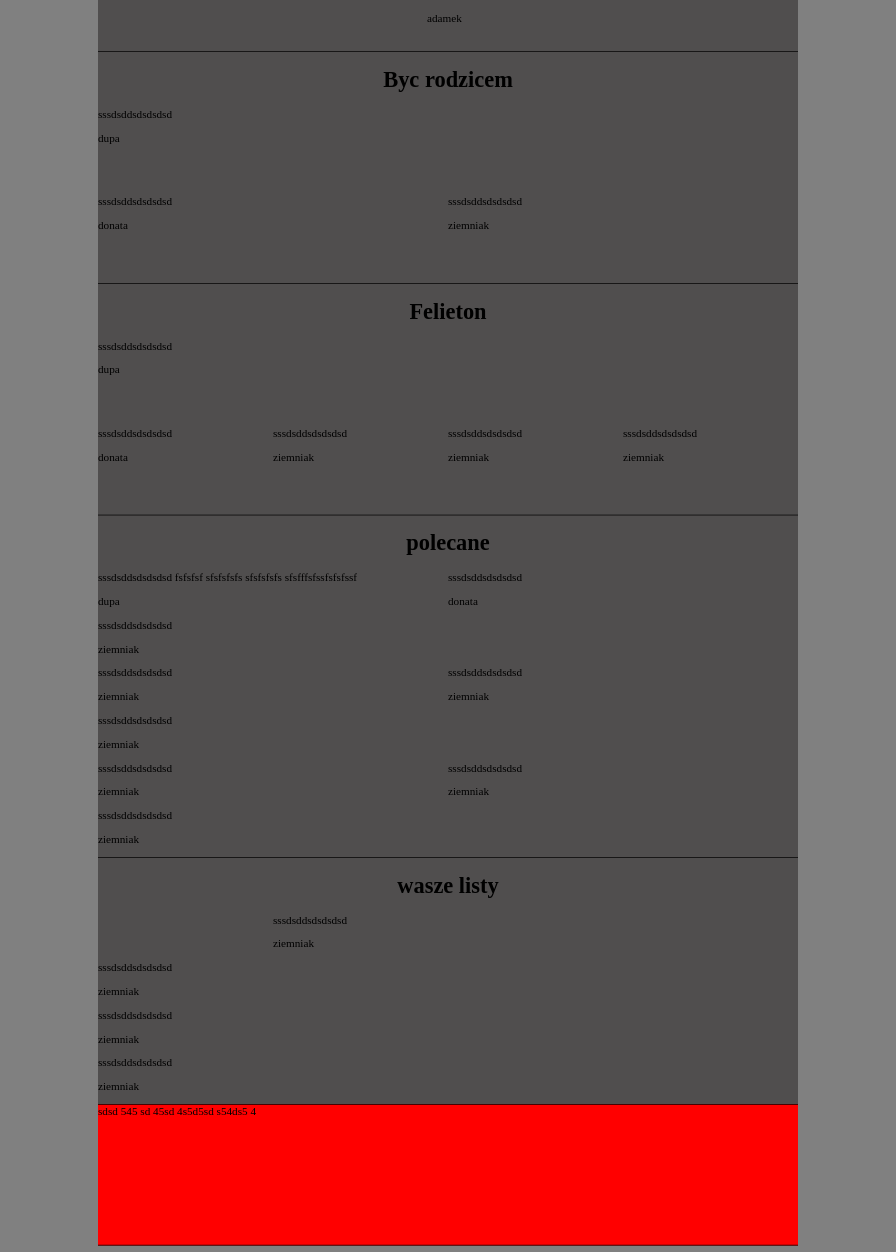
Repository: kq333/pitupitu.pl
Page: index.html
An editor plug-in stored every save of this project. The page is shown before and after the next save, followed by the edit.
The browser window is 1280 px wide. The pictures show the part of the page from y = 1065 to 2985 px (the page is 2853 px tall before and 2985 px after), at 70% of full size.
The style sheet was rebuilt from its Sass, Less or Tailwind sources for each picture, by a compiler version that may differ from the author's.

Above is the page before, as saved 2020-11-04 13:16:22.

### index.html
<!DOCTYPE html>
<html lang="en">
<head>
    <meta charset="UTF-8">
    <meta name="viewport" content="width=device-width, initial-scale=1.0">
    <title>Document</title>
    <link rel="stylesheet" href="style/style.css">
</head>
<body>


<div id="container">
  <div id="content">
    <div id=bar>
        <ul class="ul_bar">Wyborcza
            <li>sdsd</li>
            <li>sdsd</li>
            <li>sdsd</li>
            <li>sdsd</li>
            <li>sdsd</li>
            <li>sdsd</li>
            <li>sdsd</li>
        </ul>
        <div class="loging">
            Logowanie
        </div>
    </div>
            <div id="logo"><p>Wysokie Obcasy</p>
                <ul class="ul_bar2">
                    <li>fdf</li>
                    <li>gccvcv</li>
                    <li>hghhgh</li>
                    <li>asaseerr</li>
                    <li>jljkj</li>
                    <li>wewewe</li>
                    <li>hghghh</li>
                </ul>


            </div>


           <div>

                <div class="block_1">
                    <div class="art1">
                        <article>
                        <h1>sdsdsddsdsd fdfdfdfdfdf gdgdgddg dgdgdgdgdgd</h1>


                            <p class="autor_name">adamek</p>
                        </article>
                    </div>

                    <div class="art2">
                            <article>
                                <h1>sdsdsddsdsd fdfdfdfdfdf gdgdgddg dgdgdgdgdgd</h1>


                                <p class="autor_name">adamek</p>
                            </article>
                     </div>
                     <div class="art3">
                            <article>
                                <h1>sdsdsddsdsd fdfdfdfdfdf gdgdgddg dgdgdgdgdgd</h1>


                                <p class="autor_name">adamek</p>
                            </article>
                      </div>
                      <div class="art4">
                            <article>
                                <h1>sdsdsddsdsd fdfdfdfdfdf gdgdgddg dgdgdgdgdgd</h1>


                                <p class="autor_name">adamek</p>
                            </article>
                       </div>
                            <div class="art5">
                                <article>
                                    <h1>sdsdsddsdsd fdfdfdfdfdf gdgdgddg dgdgdgdgdgd</h1>


                                    <p class="autor_name">adamek</p>
                                </article>
                            </div>
                                 <div class="art6">
                                    <article>
                                        <h1>sdsdsddsdsd fdfdfdfdfdf gdgdgddg dgdgdgdgdgd</h1>


                                        <p class="autor_name">adamek</p>
                                    </article>
                                 </div>
                                    <div class="art7">

                                        <article>
                                            <h1>sdsdsddsdsd fdfdfdfdfdf gdgdgddg dgdgdgdgdgd</h1>


                                            <p class="autor_name">adamek</p>
                                        </article>
                                    </div>

                                    <div class="art8">
                                            <article>
                                                <h1>sdsdsddsdsd fdfdfdfdfdf gdgdgddg dgdgdgdgdgd</h1>


                                                <p class="autor_name">adamek</p>
                                            </article>
                                    </div>
                                        <div class="art9">
                                                <article>

                                                    <h1>sdsdsddsdsd fdfdfdfdfdf gdgdgddg dgdgdgdgdgd</h1>


                                                    <p class="autor_name">adamek</p>
                                                </article>
                                        </div>
                </div>


                     <div class="quotes">
                         <p1>asaasas asasass asasass</p1>

                        <p class="autor_name">adamek</p>

                    </div>





                  <div class="section">
                    <header>
                        <h1>Byc rodzicem</h1>

                    </header>
                    </div>


                        <section class="family">


                                <div class="art10">
                                    <article> sssdsddsdsdsdsd
                                        <p class="autor_name">dupa</p>

                                    </article>

                                </div>
                                <div class="art11">
                                        <article> sssdsddsdsdsdsd
                                            <p class="autor_name">donata</p>

                                        </article>
                                </div>
                                    <div class="art12">
                                            <article> sssdsddsdsdsdsd
                                                <p class="autor_name">ziemniak</p>

                                            </article>
                                    </div>

                        </section>

                        <div class="section">
                        <header>
                            <h1>Felieton</h1>
                        </header>
                    </div>

                        <section class="column">

                            <div class="art13">
                                    <article> sssdsddsdsdsdsd
                                        <p class="autor_name">dupa</p>

                                    </article>

                            </div>
                                <div class="art14">
                                    <article> sssdsddsdsdsdsd
                                        <p class="autor_name">donata</p>

                                    </article>
                                </div>
                                     <div class="art15">
                                        <article> sssdsddsdsdsdsd
                                            <p class="autor_name">ziemniak</p>

                                        </article>
                                    </div>

                                        <div class="art16">
                                            <article> sssdsddsdsdsdsd
                                                <p class="autor_name">ziemniak</p>

                                            </article>
                                        </div>

                                        <div class="art17">
                                            <article> sssdsddsdsdsdsd
                                                <p class="autor_name">ziemniak</p>

                                            </article>
                                        </div>

                        </section>
                        <div class="section">
                        <header>
                            <h1>polecane</h1>

                        </header>
                    </div>

                            <section class="recommended">


                                    <div class="art18">
                                        <article> sssdsddsdsdsdsd
                                            fsfsfsf sfsfsfsfs sfsfsfsfs
                                            sfsfffsfssfsfsfssf
                                            <p class="autor_name">dupa</p>

                                        </article>
                                    </div>
                                        <div class="art19">
                                            <article> sssdsddsdsdsdsd
                                                <p class="autor_name">donata</p>

                                            </article>
                                        </div>
                                            <div class="art20">

                                                <article> sssdsddsdsdsdsd
                                                    <p class="autor_name">ziemniak</p>
                                                </article>
                                            </div>
                                                <div class="art21">
                                                    <article> sssdsddsdsdsdsd
                                                        <p class="autor_name">ziemniak</p>
                                                    </article>
                                                </div>
                                                    <div class="art22">
                                                        <article> sssdsddsdsdsdsd
                                                            <p class="autor_name">ziemniak</p>


                                                        </article>
                                                    </div>
                                                        <div class="art23">
                                                            <article> sssdsddsdsdsdsd
                                                                <p class="autor_name">ziemniak</p>


                                                            </article>
                                                        </div>

                                                            <div class="art24">
                                                                <article> sssdsddsdsdsdsd
                                                                    <p class="autor_name">ziemniak</p>


                                                                </article>
                                                            </div>
                                                                <div class="art25">
                                                                    <article> sssdsddsdsdsdsd
                                                                        <p class="autor_name">ziemniak</p>


                                                                    </article>
                                                                </div>
                                                                <div class="art26">
                                                            <article> sssdsddsdsdsdsd
                                                                <p class="autor_name">ziemniak</p>


                                                            </article>
                                                            </div>



                            </section>

                            <div class="section">
                            <header>
                                <h1>wasze listy</h1>

                            </header>
                            </div>

                            <section class="letters">

                                <div class="art27"></div>
                                    <article> sssdsddsdsdsdsd
                                        <p class="autor_name">ziemniak</p>


                                    </article>
                                </div>
                                    <div class="art28">
                                        <article> sssdsddsdsdsdsd
                                            <p class="autor_name">ziemniak</p>


                                        </article>
                                    </div>
                                        <div class="art29">

                                            <article> sssdsddsdsdsdsd
                                                <p class="autor_name">ziemniak</p>


                                            </article>
                                        </div>

                                            <div class="art30">
                                                <article> sssdsddsdsdsdsd
                                                    <p class="autor_name">ziemniak</p>


                                                </article>
                                            </div>

                            </section>

                            <footer>
                                <div class="footer">sdsd 545 sd 45sd 4s5d5sd s54ds5 4</div>

                            </footer>



















































           </main>



  </div>




















</div>
</body>
</html>

### style/style.scss
body{
    background-color: grey;


}
#constainer{
    height: auto;
}

#content{
    margin:auto;
    background-color: rgb(80, 78, 78);
    width:1000px;

}


#bar{
    display:grid;
    grid-template-columns: auto auto;
    width:1000px;



}

.ul_bar{
    width:960px;
    height: 40px;
    border-bottom: 1px solid black;


    li{
        list-style-type: none;
    }

}


#logo{
    border-bottom: 1px solid black;
    width:1000px;
    height: 120px;
    p{
        margin-left:480px;
    }

    .ul_bar2{
        list-style-type: none;
        display:inline-flex;
        gap:55px;
        margin-left:170px;
    }
}

.block_1{
    width:1000px;
    height: auto;
    display:grid;
    grid-template-columns: 500px auto auto;
    .art1{
    grid-row-start: 1;
    grid-row-end: 9;
    height: 800px;;
    }
    gap: 20px;
}

.quotes{
    width: 940px;
    height: 60px;
    border-bottom: 1px solid black;
    border-top: 1px solid black;
    padding:30px;

    p1{
        margin-left: 400px;
        margin-top:130px;
    }
    p{
        margin-left: 440px;
    }

}

.section{
    text-align: center;
}
.family{
    width:1000px;
    height: 250px;
    border-bottom: 1px solid black;
    display:grid;
    grid-template-columns: auto auto;
    grid-template-areas: "art10 art10"
                          "art11 art12"  ;

.art10{
grid-area: art10;


}
.art11{
grid-area: art11;
}

.art12{
grid-area: art12;
}


}

.column{
    width:1000px;
    height: 250px;
    border-bottom: 1px solid black;
    display:grid;
    grid-template-columns: auto auto auto;
    grid-template-areas: "art13 art13 art13 art13"
                         " art14 art15 art16 art17"   ;

    .art13{

        grid-area: art13;


            }
    .art14{
        grid-area: art14;

     }

    .art15{
        grid-area: art15;
     }

     .art16{
        grid-area: art16;
     }

     .art17{
        grid-area: art17;
     }

    h1{
        margin-left:500px;

        }

}


.recommended{
    width:1000px;
    height: auto;
    border-bottom: 1px solid black;
    display:grid;
    grid-template-columns: repeat(2, 1fr);
    grid-template-areas: " art18   art19"
                         " art20   art19"
                         " art21  art22"
                         " art23  art22"
                         " art24  art25"
                         " art26  art25"
                         ;




.art18{
grid-area:art18;


}

.art19{
grid-area: art19;

 }

.art20{
grid-area: art20;


 }

.art21{
grid-area: art21;
 }

.art22{
grid-area: art22;
 }

.art23{
grid-area: art23;
 }

.art24{
grid-area: art24;

 }

.art25{
grid-area: art25;
 }

.art26{
grid-area: art26;
 }
};

.letters{
    width:1000px;


    display:grid;
    grid-template-columns: repeat(4, 1fr);
    grid-template-areas: "art27 art28 art29 art30";


.art27{
    grid-area: art27;
}

.art28{
    grid-area: art28;
}


.art29{
    grid-area: art29;
}

.art30{
    grid-area: art30;
}

}

.footer{
    border-bottom: 1px solid black;
    border-top: 1px solid black;
    background-color: red;
    height: 200px;
 }

After the next save:
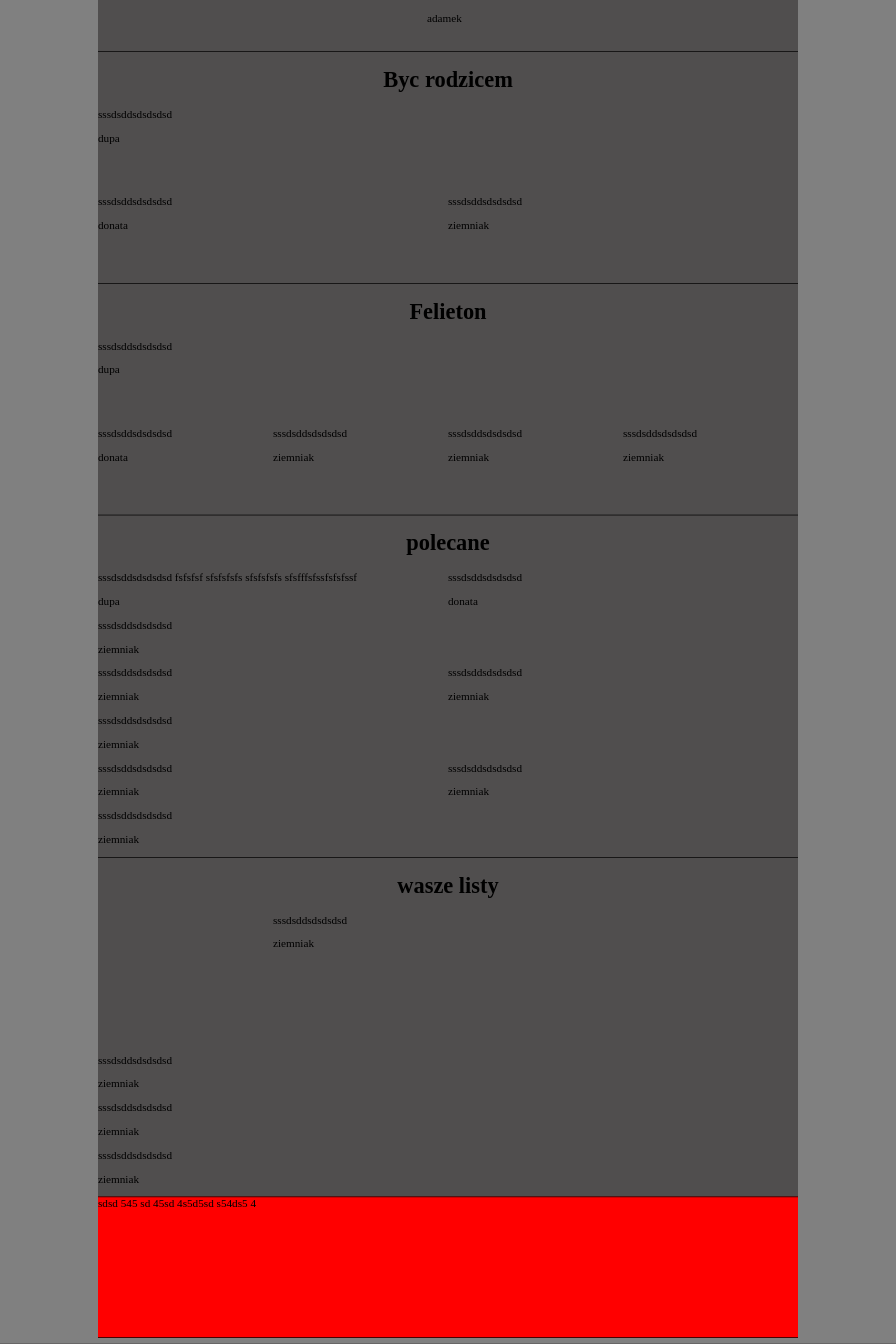
Saved 17 s later.
--- a/style/style.scss
+++ b/style/style.scss
@@ -213,7 +213,7 @@ grid-area: art26;
 
 .letters{
     width:1000px;
-
+    height: 200px;
 
     display:grid;
     grid-template-columns: repeat(4, 1fr);
